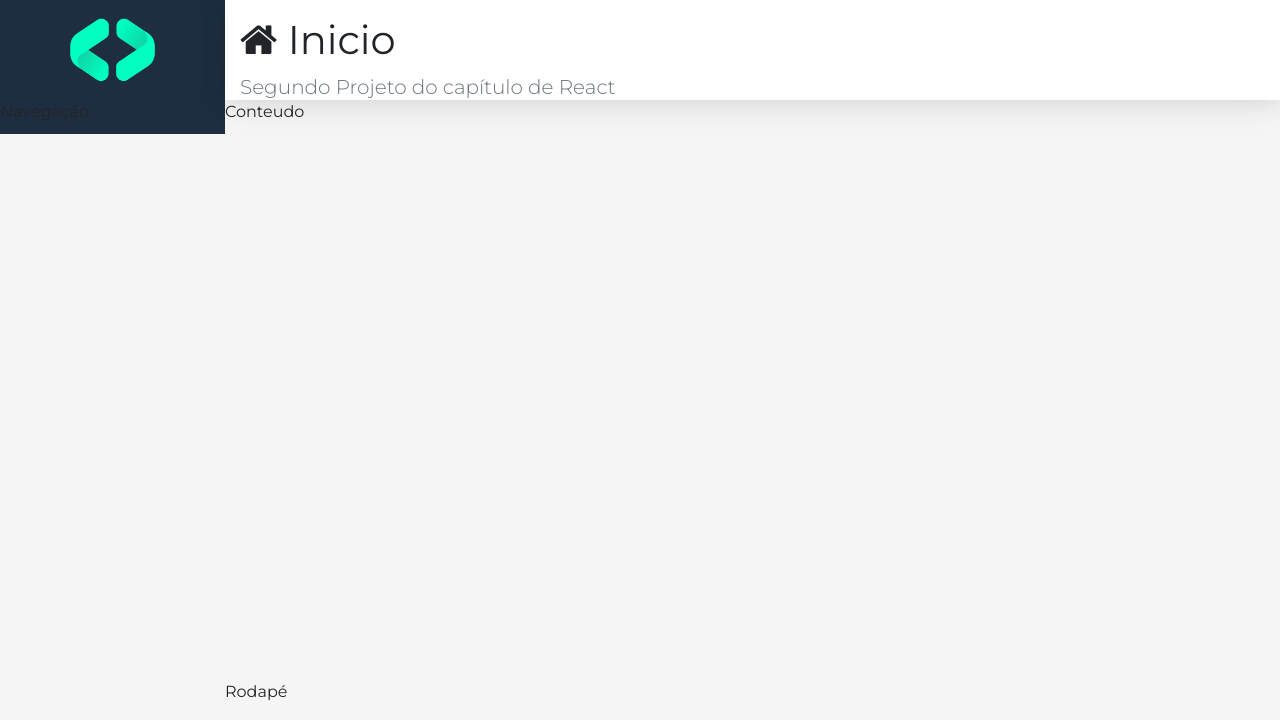
Repository: eversonps/projeto-cadastro-usuarios-firebase
Page: /users (app in frontend/)
The author's editor kept a copy of each file at every save. The page is drawn from the files as they stood at one save, then again after a run of saves.
The browser window is 1280 px wide. The pictures show the whole page.
The project was rebuilt for these pictures with package versions that can differ from the ones it lists, and the page was loaded fresh each time. Also part of the build but not shown: frontend/src/components/template/nav.css, frontend/src/components/template/footer.css.

Above is the page before, as saved 2022-03-22 13:17:13.

### frontend/public/index.html
<!DOCTYPE html>
<html lang="en">
  <head>
    <meta charset="utf-8" />
    <link rel="icon" href="%PUBLIC_URL%/favicon.ico" />
    <link rel="preconnect" href="https://fonts.googleapis.com">
    <link rel="preconnect" href="https://fonts.gstatic.com" crossorigin>
    <link href="https://fonts.googleapis.com/css2?family=Montserrat:wght@300;400;700&display=swap" rel="stylesheet">
    <meta name="viewport" content="width=device-width, initial-scale=1" />
    <meta name="theme-color" content="#000000" />
    <meta
      name="description"
      content="Web site created using create-react-app"
    />
    <link rel="apple-touch-icon" href="%PUBLIC_URL%/logo192.png" />
    <!--
      manifest.json provides metadata used when your web app is installed on a
      user's mobile device or desktop. See https://developers.google.com/web/fundamentals/web-app-manifest/
    -->
    <link rel="manifest" href="%PUBLIC_URL%/manifest.json" />
    <!--
      Notice the use of %PUBLIC_URL% in the tags above.
      It will be replaced with the URL of the `public` folder during the build.
      Only files inside the `public` folder can be referenced from the HTML.

      Unlike "/favicon.ico" or "favicon.ico", "%PUBLIC_URL%/favicon.ico" will
      work correctly both with client-side routing and a non-root public URL.
      Learn how to configure a non-root public URL by running `npm run build`.
    -->
    <title>React App</title>
  </head>
  <body>
    <noscript>You need to enable JavaScript to run this app.</noscript>
    <div id="root"></div>
    <!--
      This HTML file is a template.
      If you open it directly in the browser, you will see an empty page.

      You can add webfonts, meta tags, or analytics to this file.
      The build step will place the bundled scripts into the <body> tag.

      To begin the development, run `npm start` or `yarn start`.
      To create a production bundle, use `npm run build` or `yarn build`.
    -->
  </body>
</html>

### frontend/src/index.js
import React from 'react';
import ReactDOM from 'react-dom';
import './index.css';
import App from './main/app';
import reportWebVitals from './reportWebVitals';

ReactDOM.render(
  <React.StrictMode>
    <App />
  </React.StrictMode>,
  document.getElementById('root')
);

// If you want to start measuring performance in your app, pass a function
// to log results (for example: reportWebVitals(console.log))
// or send to an analytics endpoint. Learn more: https://bit.ly/CRA-vitals
reportWebVitals();

### frontend/src/main/app.jsx
import "./app.css"
import "bootstrap/dist/css/bootstrap.min.css"
import "font-awesome/css/font-awesome.min.css"

import React from "react"

import Logo from "../components/template/logo"
import Nav from "../components/template/nav"
import Main from "../components/template/main"
import Footer from "../components/template/footer"

export default props => {
    return (
        <div className="app">
        <Logo></Logo>
        <Nav></Nav>
        <Main icon="home" title="Inicio" subtitle="Segundo Projeto do capítulo de React"></Main>
        <Footer></Footer>
    </div>
    )
}

### frontend/src/main/app.css
:root{
    --bg-dark: #1A2F3A;
    --logo-height: 100px;
    --header-height: 100px;
    --aside-width: 225px;
    --footer-height: 40px;

    --shadow: 0 2px 23px 0 rgba(0, 0, 0, 0.1), 0 2px 49px 0 rgba(0, 0, 0, 0.06);
}

* {
    box-sizing: border-box;
    font-family: 'Montserrat', sans-serif;
}

.app{
    margin: 0px;
    display: grid;
    grid-template-columns: var(--aside-width) 1fr;
    grid-template-rows: var(--header-height) 1fr var(--footer-height);
    grid-template-areas:
        "logo header"
        "menu content"
        "menu footer";
    height: 100vh;
    background-color: #F5F5F5;
}

aside.logo{
    grid-area: logo;
}

header.header{
    grid-area: header;
}

aside.menu-area{
    grid-area: menu;
}

main.content{
    grid-area: content;
}

footer.footer{
    grid-area: footer;
}

### frontend/src/components/template/logo.jsx
import React from "react"
import "./logo.css"
import logo from "../../assets/images/logo.png"

export default props => (
    <aside className="logo">
        <a href="/" className="logo">
            <img src={logo} alt="logo" />
        </a>
    </aside>
)

### frontend/src/components/template/nav.jsx
import React from "react"
import "./nav.css"

export default props => {
    return (
        <aside className="menu-area">
            Navegação
        </aside>
    )
}

### frontend/src/components/template/main.jsx
import React from "react"
import Header from "./header"

export default props => (
    <>
        <Header {...props}></Header>
        <main className="content">
            Conteudo
        </main>
    </>
)

### frontend/src/components/template/footer.jsx
import React from "react";
import "./footer.css"

export default props => (
    <footer className="footer">Rodapé</footer>
)

### frontend/src/components/template/logo.css
aside.logo{
    background-color: var(--bg-dark);
    display: flex;
    justify-content: center;
    align-items: center;
}

aside.logo img {
    width: 100%;
}

### frontend/src/components/template/header.jsx
import React from "react";
import "./header.css"

export default props => (
    <header className="header d-none d-sm-flex flex-column">
        <h1 className="mt-3">
            <i className={`fa fa-${props.icon}`}></i> {props.title}
        </h1>
        <p className="lead text-muted">{props.subtitle}</p>
    </header>
)

### frontend/src/components/template/header.css
header.header{
    background-color: #FFF;
    padding: 0px 15px;
    overflow: hidden;
    white-space: nowrap;
    box-shadow: var(--shadow);
}

header.header{
    font-size: 1.8em;
}

Loaded but not shown: frontend/src/index.css (common file); frontend/src/reportWebVitals.js (common file)

After the next 2 saves:
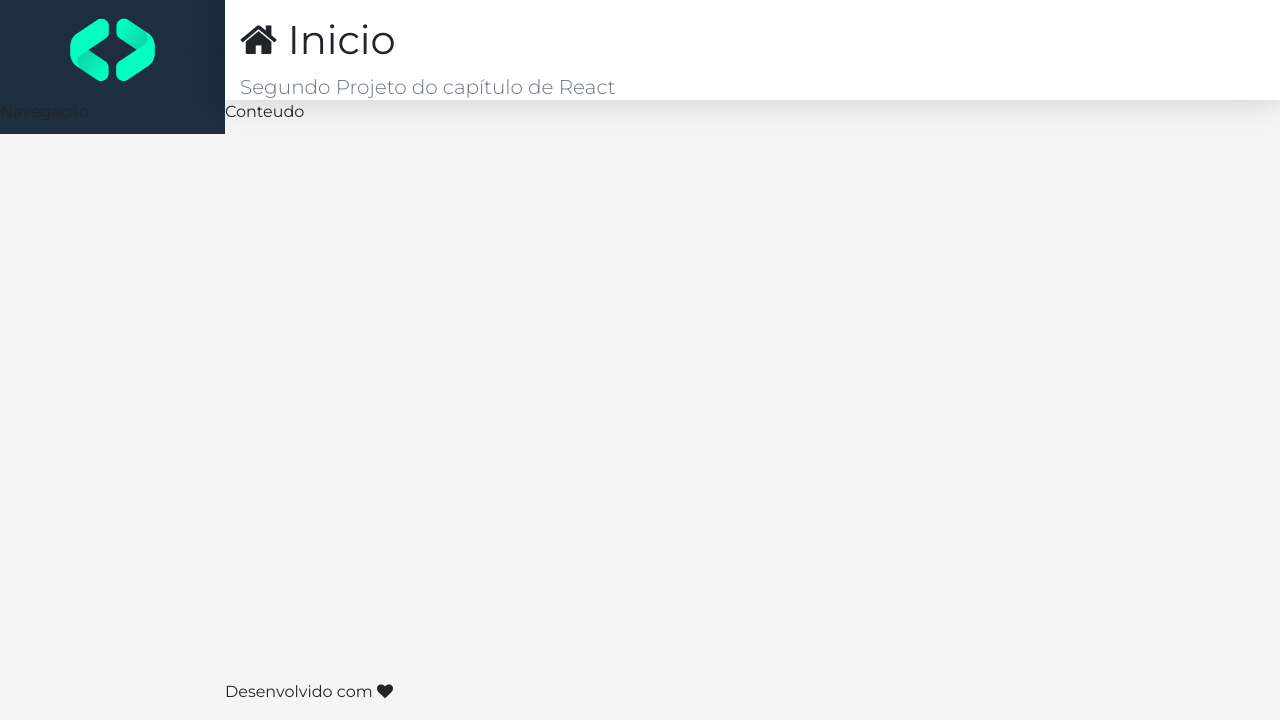
The 2 saves are shown as one change because 1 did not build or start.
The last was saved 3 min 17 s later.
--- a/frontend/src/components/template/footer.jsx
+++ b/frontend/src/components/template/footer.jsx
@@ -2,5 +2,9 @@ import React from "react";
 import "./footer.css"
 
 export default props => (
-    <footer className="footer">Rodapé</footer>
+    <footer className="footer">
+        <span>
+            Desenvolvido com <i className="fa fa-heart text"></i>
+        </span>
+    </footer>
 )
